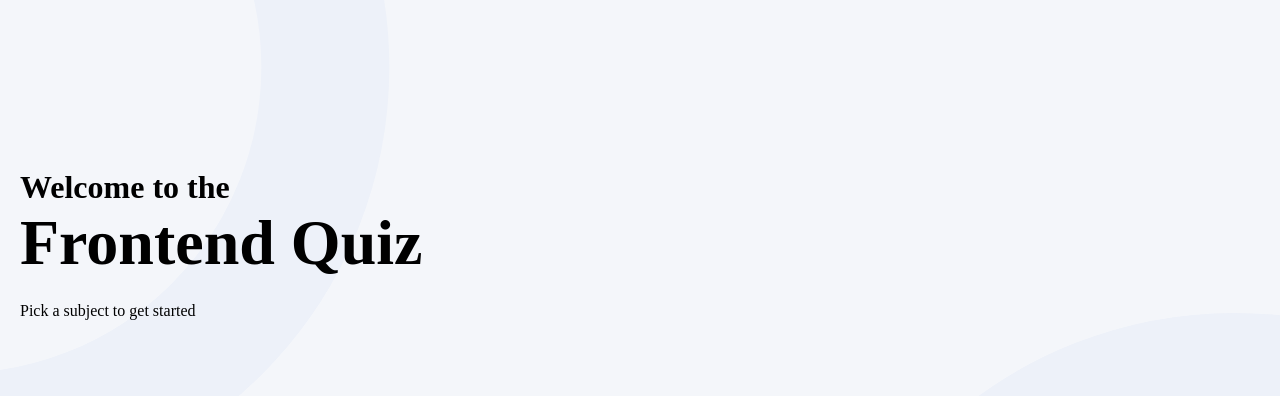
Repository: Daniel054311/Quiz-app-V1
Page: index.html
The author's editor kept a copy of each file at every save. The page is drawn from the files as they stood at one save, then again after the next save.
The browser window is 1280 px wide. The pictures show the whole page.

Above is the page before, as saved 2024-01-30 23:58:12.

After the next save:
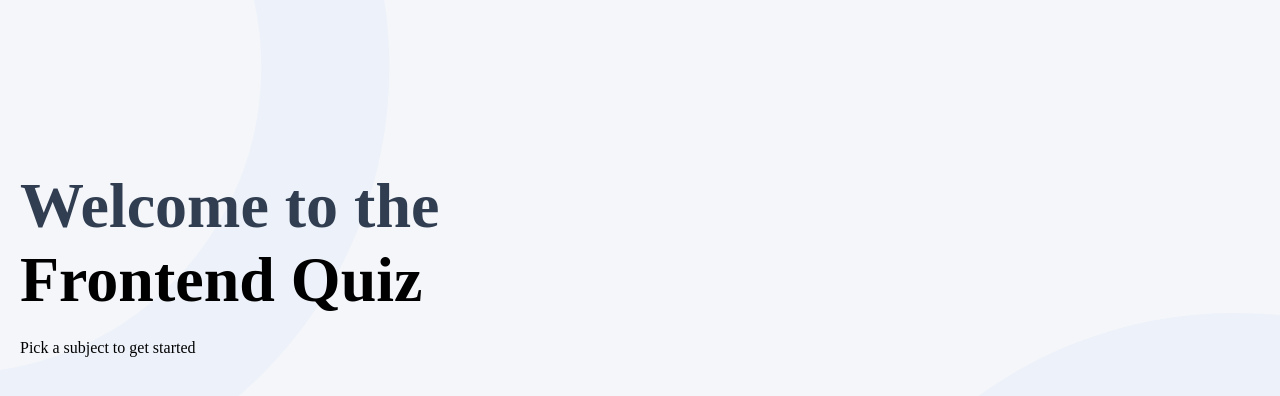
Saved 27 s later.
--- a/asset/style/index.css
+++ b/asset/style/index.css
@@ -72,13 +72,13 @@
     list-style: none;
   }
 
-  .image {
+  /* .image {
     width: 50px;
     height: 50px;
     border-radius:15px;
     margin-right: 10px;
 
-  }
+  } */
 
   .content {
     flex: 1; */

After the save that followed:
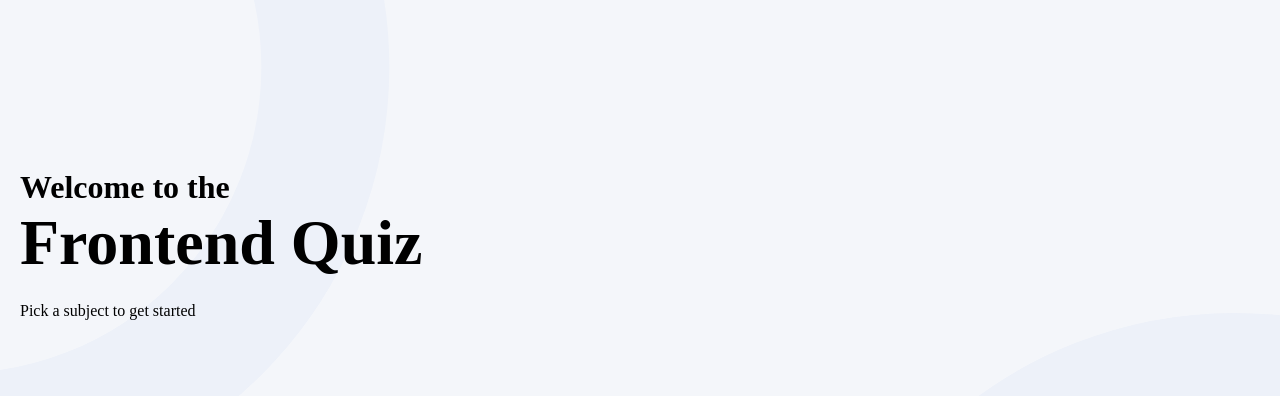
Saved 4 s later.
--- a/asset/style/index.css
+++ b/asset/style/index.css
@@ -72,13 +72,13 @@
     list-style: none;
   }
 
-  /* .image {
+  .image {
     width: 50px;
     height: 50px;
     border-radius:15px;
     margin-right: 10px;
 
-  } */
+  }
 
   .content {
     flex: 1; */
